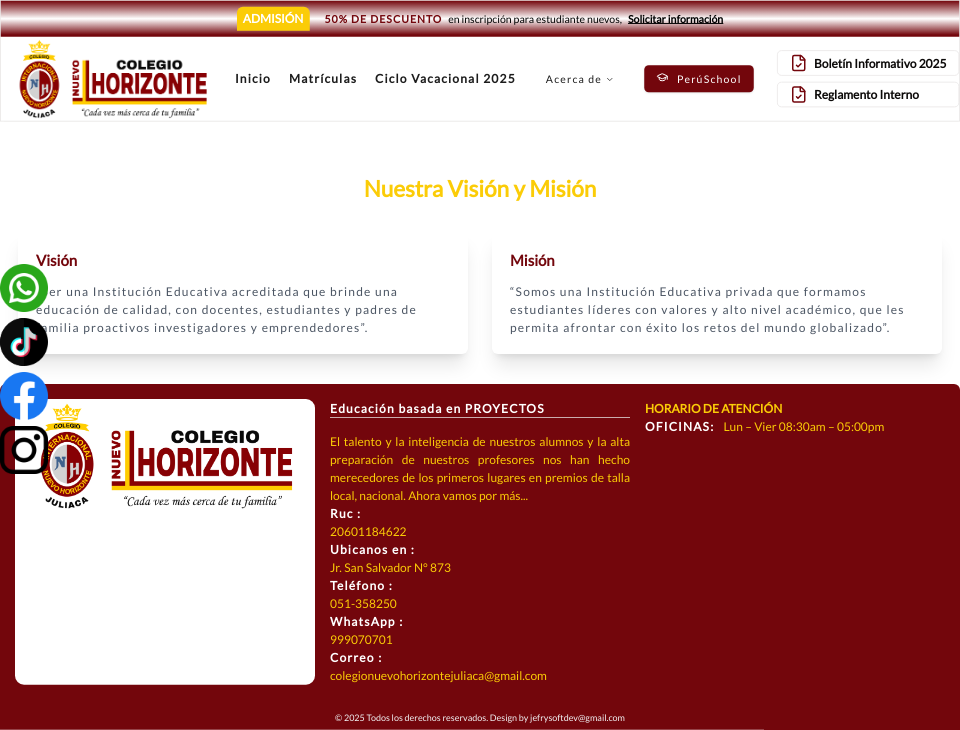
Repository: jefrydep/new_horizont_school
Page: /vision
An editor plug-in stored every save of this project. The page is shown before and after the next save, followed by the edit.
The browser window is 1280 px wide. The pictures show the whole page, at 75% of full size.
The project was rebuilt for these pictures with package versions that can differ from the ones it lists, and the page was loaded fresh each time. The framework's server and built-in components were replaced by stand-ins that run in the browser. Also part of the build but not shown: next.config.ts.

Above is the page before, as saved 2024-12-09 21:02:19.

After the next save:
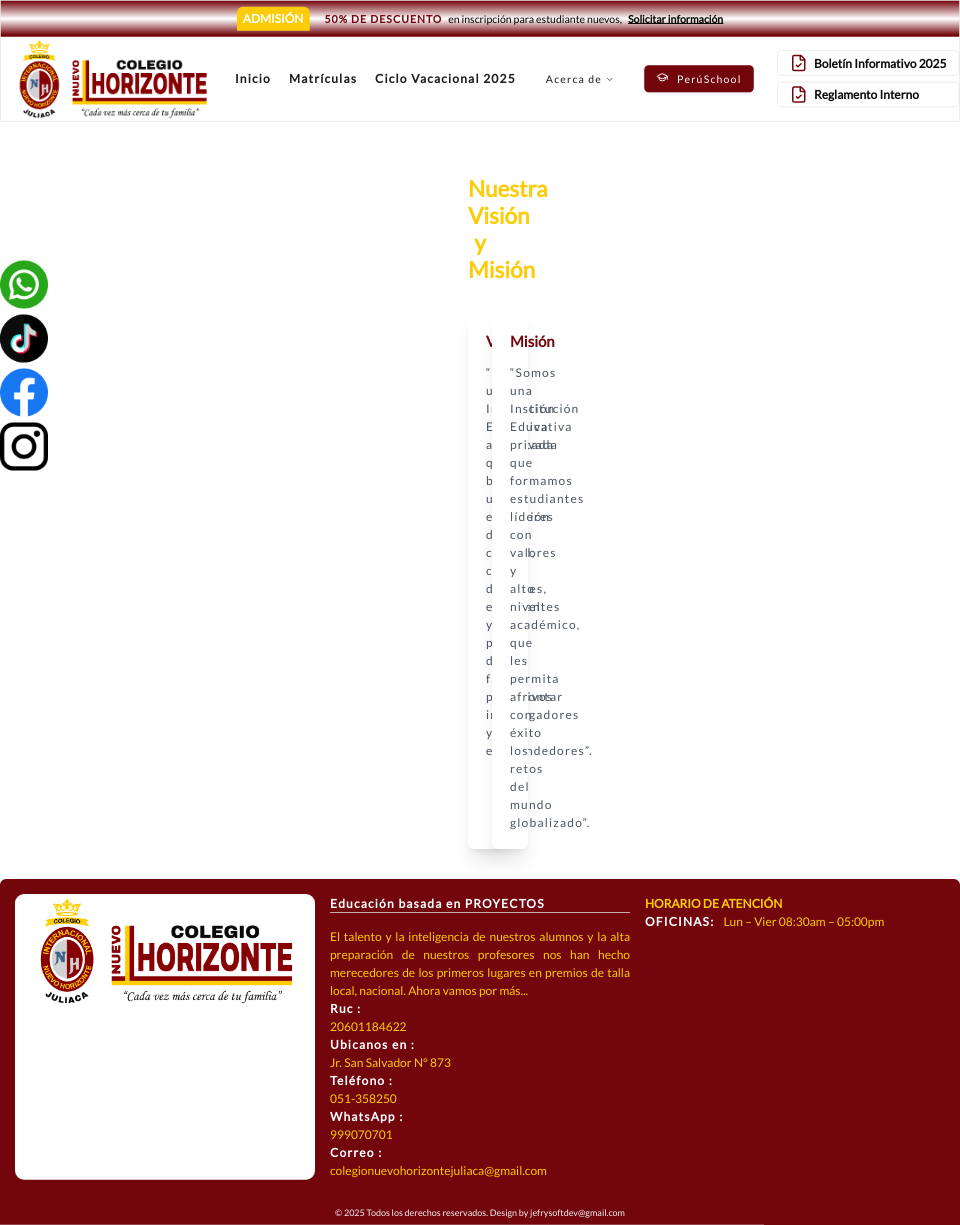
Saved 8 s later.
--- a/src/app/vision/page.tsx
+++ b/src/app/vision/page.tsx
@@ -5,7 +5,7 @@ export default function VisionPage() {
     <div className="pt-48">
       {" "}
       {/* <Hero title="Nuestra Misión" subtitle="Nuestra Visión" colorWave="#fff" /> */}
-      <div className=" mx-auto my-10 px-6">
+      <div className=" w-20 mx-auto my-10 px-6">
         {/* Título centrado */}
         <h2 className="text-3xl font-semibold text-center   mb-10  text-subtitle">
           Nuestra <b>Visión y Misión</b>
